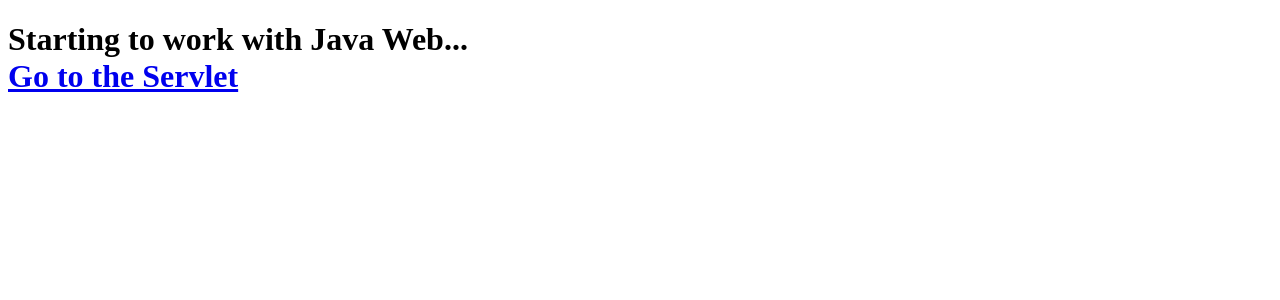
Repository: messagewaleed/kfh-eclipse-work
Page: java-web-starter/src/main/webapp/index.html
These files come from the project's save history. The page is drawn as it stood at one moment and after the next save; the edit follows.
The browser window is 1280 px wide. The pictures show the whole page.

Above is the page before, as saved 2022-12-05 11:05:50.

### java-web-starter/src/main/webapp/index.html
<!DOCTYPE html>
<html>
<head>
<meta charset="UTF-8">
<title>Starting Java Web</title>
</head>
<body>
<h1>
Starting to work with Java Web...
<br>
<a href="first">Go to the Servlet</a>
</h1>
</body>
</html>

After the next save:
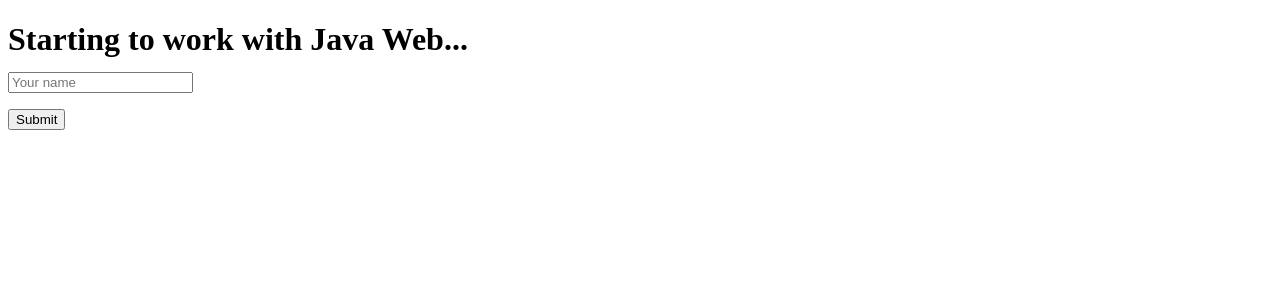
Saved 3 min 9 s later.
--- a/java-web-starter/src/main/webapp/index.html
+++ b/java-web-starter/src/main/webapp/index.html
@@ -8,7 +8,12 @@
 <h1>
 Starting to work with Java Web...
 <br>
-<a href="first">Go to the Servlet</a>
+<!-- <a href="first">Go to the Servlet</a> -->
+
+<form action="first">
+	<input placeholder="Your name" type="text"><br>
+	<input type="submit">
+</form>
 </h1>
 </body>
 </html>
